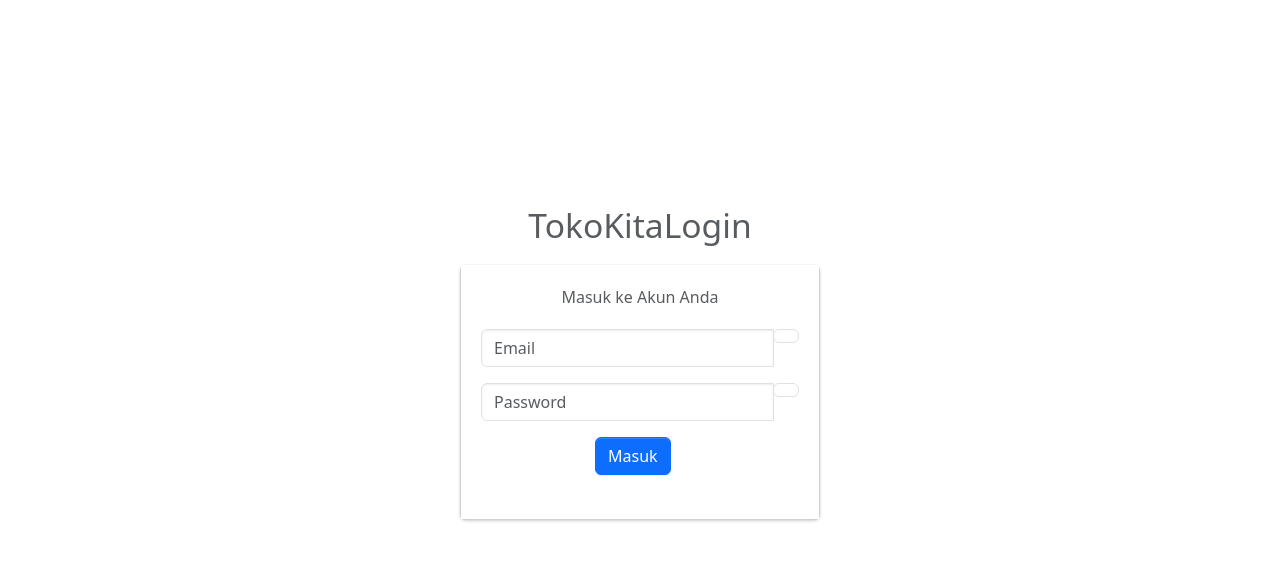
Repository: mufti-1448/Kasir-Toko-Kita-Web
Page: http://localhost/
The author's editor kept a copy of each file at every save. The page is drawn from the files as they stood at one save, then again after a run of saves.
The browser window is 1280 px wide. The pictures show the whole page.
Some web fonts or font styles are not loaded; a fallback is used. The page is served by the project's Laravel application, run on PHP 8.4 with Laravel 12. Style sheets and scripts are compiled from the project's sources, by tool versions that may differ from the author's.

Above is the page before, as saved 2026-02-03 10:20:55.
Console error: TypeError: Cannot read properties of undefined (reading 'fn')

After the next 3 saves:
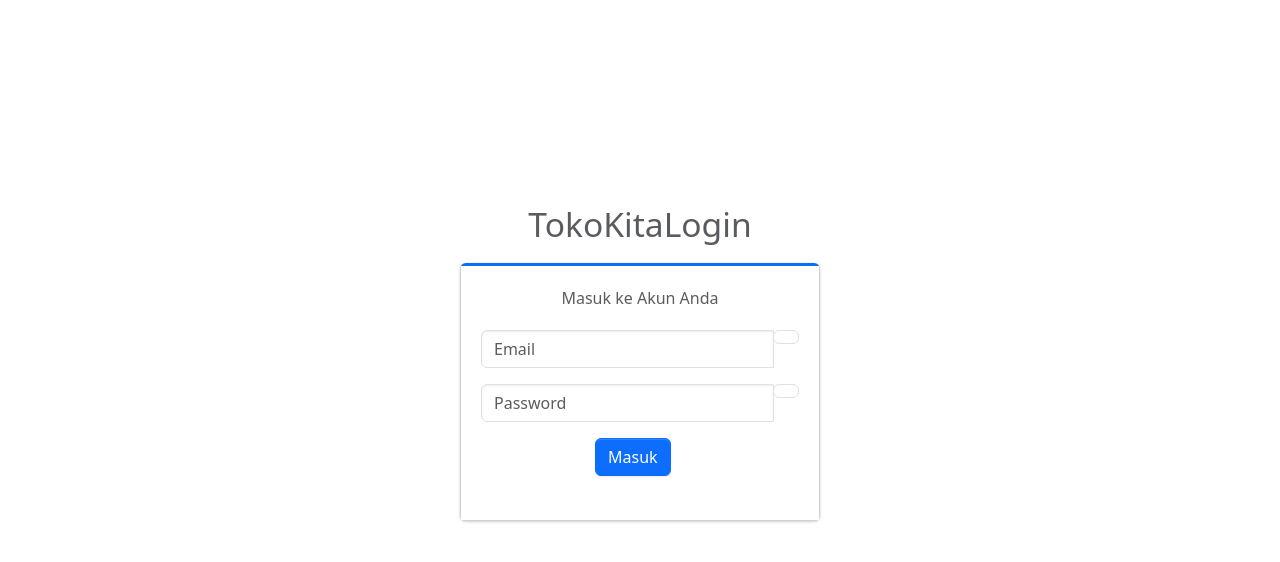
The 3 saves are shown as one change because they came seconds apart.
The last was saved 11 s later.
--- a/resources/views/login/login.blade.php
+++ b/resources/views/login/login.blade.php
@@ -26,7 +26,7 @@
             <a href="../../index2.html"><b>TokoKita</b>Login</a>
         </div>
         <!-- /.login-logo -->
-        <div class="card card-outline">
+        <div class="card card-outline card-primary">
             <div class="card-body login-card-body">
                 <p class="login-box-msg">Masuk ke Akun Anda</p>
 

After the save that followed:
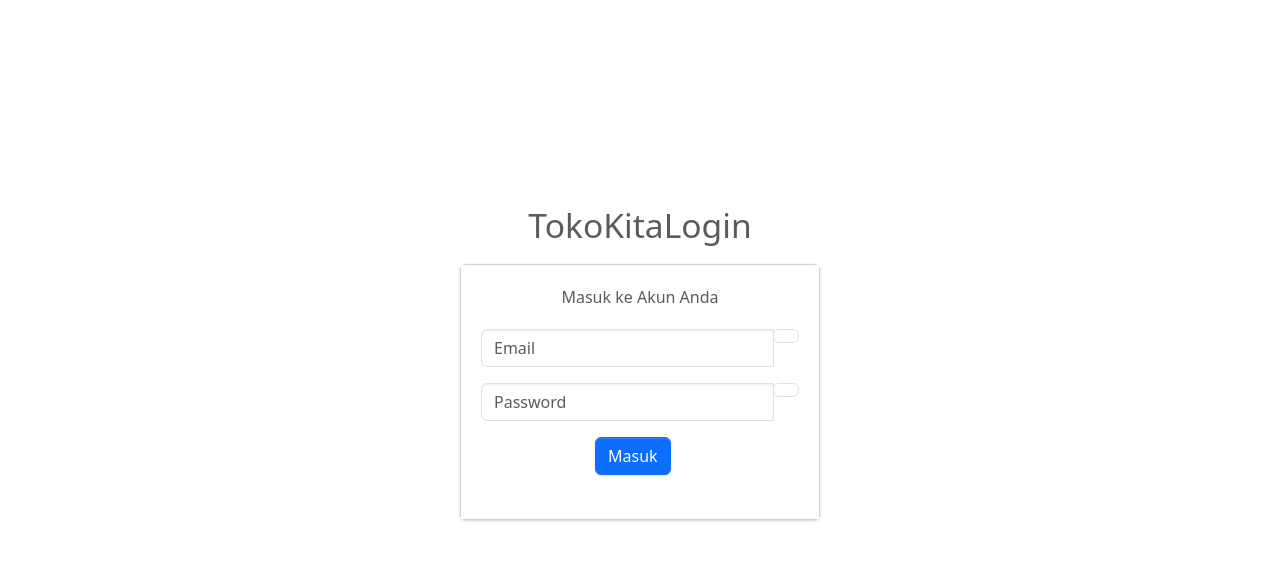
Saved 10 s later.
--- a/resources/views/login/login.blade.php
+++ b/resources/views/login/login.blade.php
@@ -26,7 +26,7 @@
             <a href="../../index2.html"><b>TokoKita</b>Login</a>
         </div>
         <!-- /.login-logo -->
-        <div class="card card-outline card-primary">
+        <div class="card">
             <div class="card-body login-card-body">
                 <p class="login-box-msg">Masuk ke Akun Anda</p>
 
